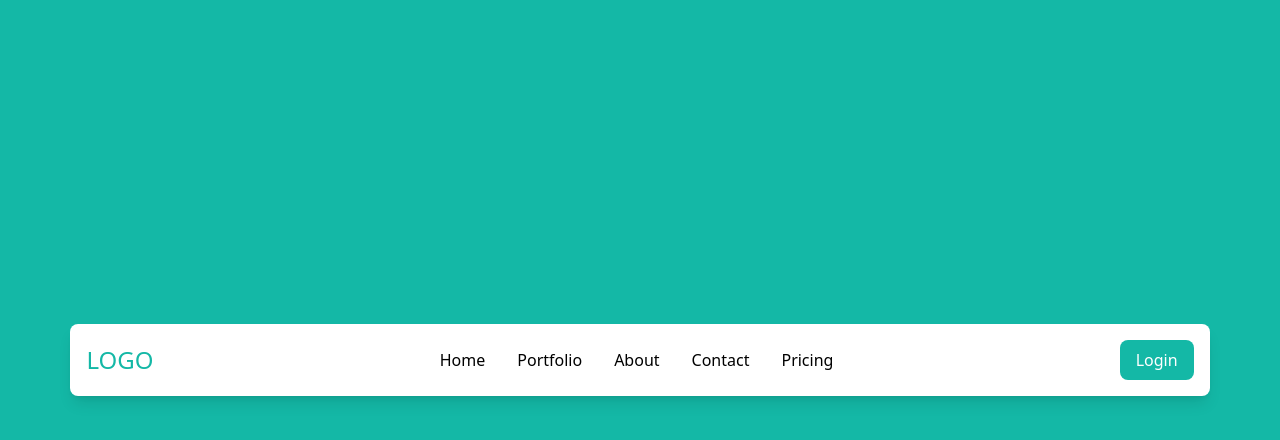
Repository: DevAntonioRogers/react-modal-with-dialog
Page: /
An editor plug-in stored every save of this project. The page is shown before and after the next save, followed by the edit.
The browser window is 1280 px wide. The pictures show the whole page.
The project was rebuilt for these pictures with package versions that can differ from the ones it lists, and the page was loaded fresh each time. Also part of the build but not shown: vite.config.ts.

Above is the page before, as saved 2023-05-10 08:48:25.

### src/App.tsx
function App() {
  return (
    <div className="flex items-center justify-center w-screen h-screen bg-teal-500">
      <nav className="flex justify-between items-center p-4 w-[89%] bg-white m-auto rounded-lg shadow-lg">
        <div>
          <h1 className="text-2xl text-teal-500">LOGO</h1>
        </div>

        <ul className="flex items-center gap-8">
          <li>
            <a href="#">Home</a>
          </li>
          <li>
            <a href="#">Portfolio</a>
          </li>
          <li>
            <a href="#">About</a>
          </li>
          <li>
            <a href="#">Contact</a>
          </li>
          <li>
            <a href="#">Pricing</a>
          </li>
        </ul>

        <div>
          <button className="px-4 py-2 bg-teal-500 text-white rounded-lg cursor-pointer">Login</button>
        </div>
      </nav>
    </div>
  );
}

export default App;

Loaded but not shown: index.html (common file); src/main.tsx (common file); src/index.css (common file); tailwind.config.js (common file)

After the next save:
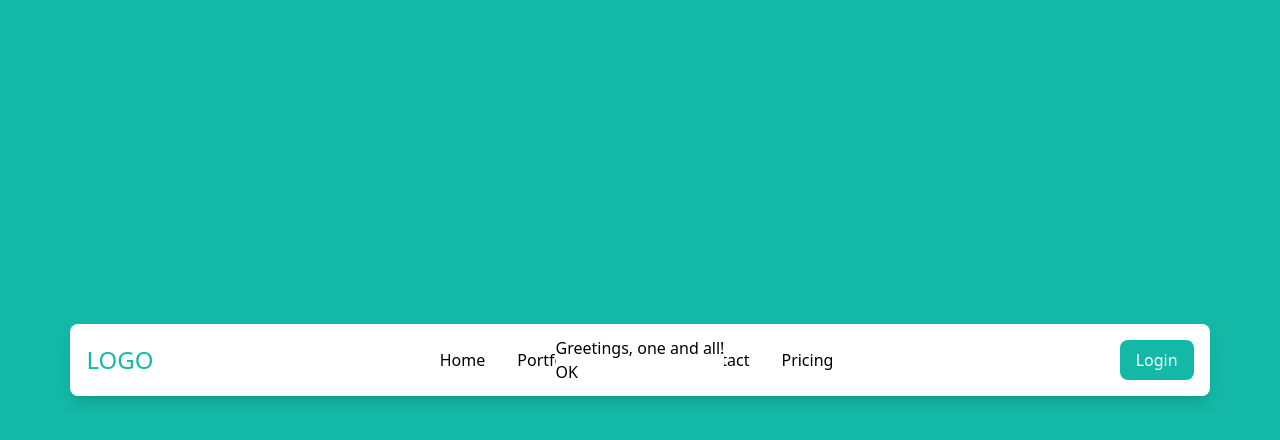
Saved 96 s later.
--- a/src/App.tsx
+++ b/src/App.tsx
@@ -28,6 +28,13 @@
           <button className="px-4 py-2 bg-teal-500 text-white rounded-lg cursor-pointer">Login</button>
         </div>
       </nav>
+
+      <dialog open>
+        <p>Greetings, one and all!</p>
+        <form method="dialog">
+          <button>OK</button>
+        </form>
+      </dialog>
     </div>
   );
 }

After the 3 saves that followed:
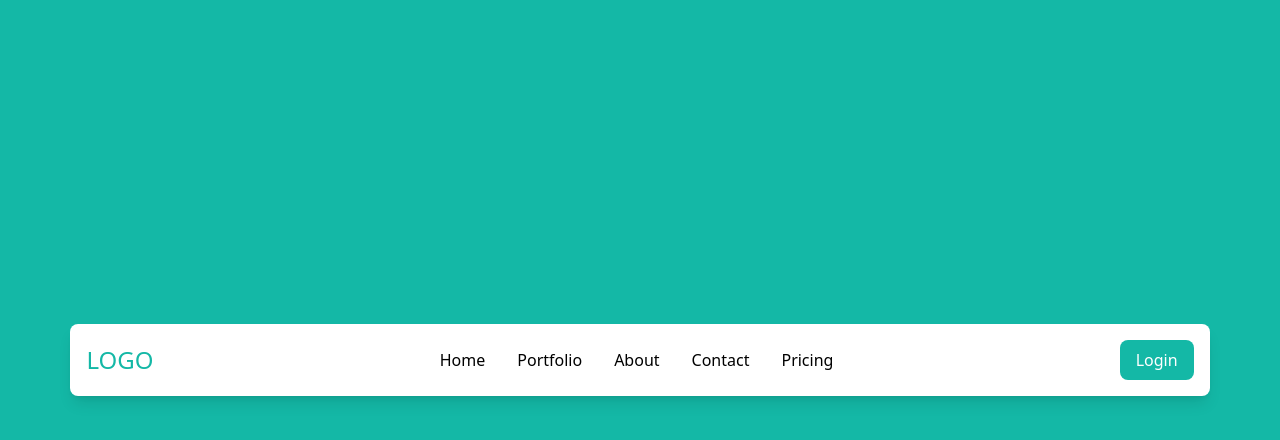
The 3 saves are shown as one change because 2 left the picture as it was.
The last was saved 5 min 33 s later.
--- a/src/App.tsx
+++ b/src/App.tsx
@@ -1,4 +1,8 @@
+import { useState } from "react";
+
 function App() {
+  const [showModal, setShowModal] = useState(false);
+
   return (
     <div className="flex items-center justify-center w-screen h-screen bg-teal-500">
       <nav className="flex justify-between items-center p-4 w-[89%] bg-white m-auto rounded-lg shadow-lg">
@@ -25,16 +29,23 @@
         </ul>
 
         <div>
-          <button className="px-4 py-2 bg-teal-500 text-white rounded-lg cursor-pointer">Login</button>
+          <button
+            onClick={() => setShowModal(true)}
+            className="px-4 py-2 bg-teal-500 text-white rounded-lg cursor-pointer"
+          >
+            Login
+          </button>
         </div>
       </nav>
 
-      <dialog open>
-        <p>Greetings, one and all!</p>
-        <form method="dialog">
-          <button>OK</button>
-        </form>
-      </dialog>
+      {showModal && (
+        <dialog open>
+          <p>Greetings, one and all!</p>
+          <form method="dialog">
+            <button>OK</button>
+          </form>
+        </dialog>
+      )}
     </div>
   );
 }
